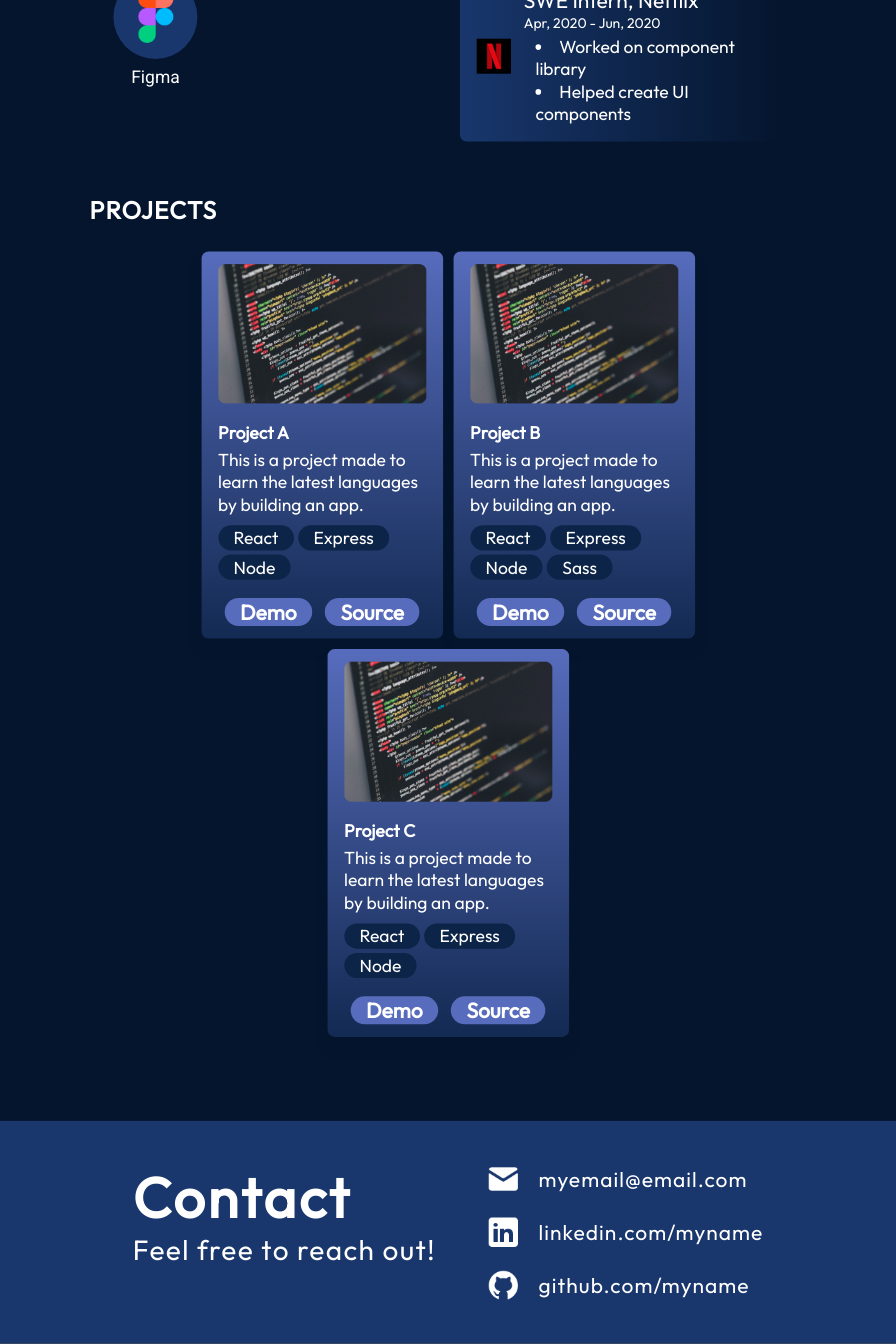
Repository: ARUN-YERRAM/Arun-Yerram-s-Portfolio-Website
Page: /
An editor plug-in stored every save of this project. The page is shown before and after a run of saves, followed by the edit.
The browser window is 1280 px wide. The pictures show the part of the page from y = 2285 to 4205 px (the page is 4205 px tall), at 70% of full size.
The project was rebuilt for these pictures with package versions that can differ from the ones it lists, and the page was loaded fresh each time. Also part of the build but not shown: vite.config.js.

Above is the page before, as saved 2024-03-02 05:51:25.

### src/components/About/About.jsx
import React from "react";

import styles from "./About.module.css";
import { getImageUrl } from "../../utils";

export const About = () => {
  return (
    <section className={styles.container} id="about">
      <h2 className={styles.title}>About</h2>
      <div className={styles.content}>
        <img
          src={getImageUrl("about/aboutImage.png")}
          alt="Me sitting with a laptop"
          className={styles.aboutImage}
        />
        <ul className={styles.aboutItems}>
          <li className={styles.aboutItem}>
            <img src={getImageUrl("about/cursorIcon.png")} alt="Cursor icon" />
            <div className={styles.aboutItemText}>
              <h3>Frontend Developer</h3>
              <p>
                I'm a frontend developer with experience in building responsive
                and optimized sites
              </p>
            </div>
          </li>
          <li className={styles.aboutItem}>
            <img src={getImageUrl("about/serverIcon.png")} alt="Server icon" />
            <div className={styles.aboutItemText}>
              <h3>Backend Developer</h3>
              <p>
                I have experience developing fast and optimised back-end systems
                and APIs
              </p>
            </div>
          </li>
          <li className={styles.aboutItem}>
            <img src={getImageUrl("about/cursorIcon.png")} alt="UI icon" />
            <div className={styles.aboutItemText}>
              <h3>UI Designer</h3>
              <p>
                I have designed multiple landing pages and have created design
                systems as well
              </p>
            </div>
          </li>
        </ul>
      </div>
    </section>
  );
};

### src/components/Contact/Contact.jsx
import React from "react";

import styles from "./Contact.module.css";
import { getImageUrl } from "../../utils";

export const Contact = () => {
  return (
    <footer id="contact" className={styles.container}>
      <div className={styles.text}>
        <h2>Contact</h2>
        <p>Feel free to reach out!</p>
      </div>
      <ul className={styles.links}>
        <li className={styles.link}>
          <img src={getImageUrl("contact/emailIcon.png")} alt="Email icon" />
          <a href="mailto:myemail@email.com">myemail@email.com</a>
        </li>
        <li className={styles.link}>
          <img
            src={getImageUrl("contact/linkedinIcon.png")}
            alt="LinkedIn icon"
          />
          <a href="https://www.linkedin.com/in/arun-yerram-906b1524a/">linkedin.com/myname</a>
        </li>
        <li className={styles.link}>
          <img src={getImageUrl("contact/githubIcon.png")} alt="Github icon" />
          <a href="https://www.github.com/myname">github.com/myname</a>
        </li>
      </ul>
    </footer>
  );
};

### src/components/Experience/Experience.jsx
import React from "react";

import styles from "./Experience.module.css";
import skills from "../../data/skills.json";
import history from "../../data/history.json";
import { getImageUrl } from "../../utils";

export const Experience = () => {
  return (
    <section className={styles.container} id="experience">
      <h2 className={styles.title}>Experience</h2>
      <div className={styles.content}>
        <div className={styles.skills}>
          {skills.map((skill, id) => {
            return (
              <div key={id} className={styles.skill}>
                <div className={styles.skillImageContainer}>
                  <img src={getImageUrl(skill.imageSrc)} alt={skill.title} />
                </div>
                <p>{skill.title}</p>
              </div>
            );
          })}
        </div>
        <ul className={styles.history}>
          {history.map((historyItem, id) => {
            return (
              <li key={id} className={styles.historyItem}>
                <img
                  src={getImageUrl(historyItem.imageSrc)}
                  alt={`${historyItem.organisation} Logo`}
                />
                <div className={styles.historyItemDetails}>
                  <h3>{`${historyItem.role}, ${historyItem.organisation}`}</h3>
                  <p>{`${historyItem.startDate} - ${historyItem.endDate}`}</p>
                  <ul>
                    {historyItem.experiences.map((experience, id) => {
                      return <li key={id}>{experience}</li>;
                    })}
                  </ul>
                </div>
              </li>
            );
          })}
        </ul>
      </div>
    </section>
  );
};

### src/components/Hero/Hero.jsx
import React from "react";

import styles from "./Hero.module.css";
import { getImageUrl } from "../../utils";

export const Hero = () => {
  return (
    <section className={styles.container}>
      <div className={styles.content}>
        <h1 className={styles.title}>Hi, I'm Ada</h1>
        <p className={styles.description}>
          I'm a full-stack developer with 5 years of experience using React and
          NodeJS. Reach out if you'd like to learn more!
        </p>
        <a href="mailto:myemail@email.com" className={styles.contactBtn}>
          Contact Me
        </a>
      </div>
      <img
        src={getImageUrl("hero/heroImage.png")}
        alt="Hero image of me"
        className={styles.heroImg}
      />
      <div className={styles.topBlur} />
      <div className={styles.bottomBlur} />
    </section>
  );
};

### src/components/Navbar/Navbar.jsx
import React, { useState } from "react";

import styles from "./Navbar.module.css";
import { getImageUrl } from "../../utils";

export const Navbar = () => {
  const [menuOpen, setMenuOpen] = useState(false);

  return (
    <nav className={styles.navbar}>
      <a className={styles.title} href="/">
        Portfolio
      </a>
      <div className={styles.menu}>
        <img
          className={styles.menuBtn}
          src={
            menuOpen
              ? getImageUrl("nav/closeIcon.png")
              : getImageUrl("nav/menuIcon.png")
          }
          alt="menu-button"
          onClick={() => setMenuOpen(!menuOpen)}
        />
        <ul
          className={`${styles.menuItems} ${menuOpen && styles.menuOpen}`}
          onClick={() => setMenuOpen(false)}
        >
          <li>
            <a href="#about">About</a>
          </li>
          <li>
            <a href="#experience">Experience</a>
          </li>
          <li>
            <a href="#projects">Projects</a>
          </li>
          <li>
            <a href="#about">Contact</a>
          </li>
        </ul>
      </div>
    </nav>
  );
};

### src/components/About/About.module.css
@import "../../vars.css";

.container {
  position: relative;
  background-color: rgba(12, 12, 12, 0.6);
  border-radius: 15px;
  padding: 73px;
  margin-top: 129px;
  z-index: 1;
  margin-left: 10%;
  margin-right: 10%;
}

.title {
  color: var(--color-text);
  font-size: 35px;
  font-weight: 700;
  letter-spacing: 1.75px;
  text-transform: uppercase;
}

.content {
  display: flex;
  flex-direction: row;
  align-items: center;
}

.aboutImage {
  width: 35%;
}

.aboutItems {
  color: var(--color-text);
  display: flex;
  flex-direction: column;
  gap: 50px;
}

.aboutItem {
  display: flex;
  flex-direction: row;
  align-items: center;
  border-radius: 20px;
  list-style: none;
  padding: 25px;
  background-image: linear-gradient(
    90deg,
    rgba(165, 215, 232, 0.42) 0%,
    rgba(255, 255, 255, 0) 100%
  );
  background-size: 0 100%;
  background-repeat: no-repeat;
  transition: 0.4s;
}

.aboutItem:hover {
  background-size: 100% 100%;
}

.aboutItem h3 {
  font-size: 25px;
  font-weight: 600;
}

.aboutItem p {
  font-size: 25px;
}

@media screen and (max-width: 830px) {
  .container {
    background-color: transparent;
    padding-left: 0;
    padding-right: 0;
  }

  .content {
    flex-direction: column;
  }

  .aboutImage {
    display: none;
  }

  .aboutItems {
    margin-top: 29px;
  }

  .aboutItem {
    padding-left: 0;
    padding-right: 0;
  }
}

### src/components/Contact/Contact.module.css
@import "../../vars.css";

.container {
  color: var(--color-text);
  margin-top: 120px;
  background-color: var(--color-secondary);
  display: flex;
  flex-direction: row;
  justify-content: space-evenly;
  width: 100vw;
  padding: 58px 10%;
  gap: 10px;
}

.text h2 {
  font-size: 80px;
  font-weight: 700;
  letter-spacing: 4px;
}

.text p {
  font-size: 40px;
  font-weight: 400;
  letter-spacing: 2px;
}

.links {
  display: flex;
  flex-direction: column;
  align-items: flex-start;
  list-style: none;
  gap: 26px;
}

.link {
  display: flex;
  align-items: center;
  gap: 25px;
}

.link a {
  color: var(--color-text);
  text-decoration: none;
  font-size: 30px;
  font-weight: 400;
  letter-spacing: 1.5px;
}

@media screen and (max-width: 830px) {
  .container {
    flex-direction: column;
    gap: 23px;
  }

  .text {
    display: flex;
    flex-direction: column;
    align-items: center;
  }

  .links {
    align-items: center;
  }
}

### src/components/Experience/Experience.module.css
@import "../../vars.css";

.container {
  color: var(--color-text);
  margin-top: 79px;
  margin-left: 10%;
  margin-right: 10%;
}

.title {
  color: var(--color-text);
  font-size: 35px;
  font-weight: 700;
  letter-spacing: 1.75px;
  text-transform: uppercase;
}

.content {
  display: flex;
  flex-direction: row;
  justify-content: space-evenly;
  margin-top: 14px;
}

.skills {
  width: 45%;
  display: flex;
  flex-wrap: wrap;
  gap: 37px;
}

.skill {
  display: flex;
  flex-direction: column;
  align-items: center;
  gap: 11px;
}

.skillImageContainer {
  background-color: var(--color-secondary);
  border-radius: 100%;
  display: flex;
  align-items: center;
  justify-content: center;
  width: 120px;
  height: 120px;
}

.skillImageContainer img {
  width: 75px;
}

.skill p {
  font-size: 25px;
  font-family: var(--font-roboto);
  font-weight: 500;
}

.history {
  width: 45%;
  display: flex;
  flex-direction: column;
  gap: 40px;
}

.historyItem {
  display: flex;
  flex-direction: row;
  align-items: center;
  gap: 17px;
  background: #19376d;
  background: linear-gradient(90deg, #19376d 0%, rgba(25, 55, 109, 0) 100%);
  border-radius: 10px;
  padding: 24px;
}

.historyItem img {
  width: 50px;
}

.historyItemDetails {
  font-family: var(--font-roboto);
}

.historyItemDetails h3 {
  font-size: 30px;
  font-weight: 500;
}

.historyItemDetails p {
  font-size: 20px;
  font-weight: 300;
}

.historyItemDetails ul {
  margin-top: 6px;
  list-style-position: inside;
  font-size: 25px;
  list-style-type: disc;
  margin-left: 17px;
}

@media screen and (max-width: 830px) {
  .content {
    flex-direction: column;
    align-items: center;
    gap: 34px;
  }

  .skills {
    width: 100%;
    flex-direction: row;
    justify-content: center;
  }

  .history {
    width: 100%;
    gap: 9px;
  }
}

### src/components/Hero/Hero.module.css
@import "../../vars.css";

.container {
  position: relative;
  display: flex;
  align-items: center;
  justify-content: space-between;
  margin-top: 49px;
  z-index: 1;
  margin-left: 10%;
  margin-right: 10%;
}

.content {
  display: flex;
  flex-direction: column;
  align-items: flex-start;
  color: var(--color-text);
  z-index: 1;
}

.title {
  font-size: 72px;
  font-weight: 900;
  margin-bottom: 33px;
  font-family: var(--font-roboto);
  background: linear-gradient(
    90deg,
    rgba(255, 255, 255, 1) 70%,
    rgba(255, 255, 255, 0) 120%
  );
  -webkit-text-fill-color: transparent;
  -webkit-background-clip: text;
}

.description {
  font-size: 30px;
  font-family: var(--font-roboto);
  margin-bottom: 52px;
}

.contactBtn {
  text-decoration: none;
  background-color: var(--color-primary);
  color: var(--color-text);
  border-radius: 100px;
  font-size: 30px;
  font-weight: 600;
  padding: 17px 26px;
  box-shadow: 0 0 4px 0 rgba(0, 0, 0, 0.25);
}

.heroImg {
  width: 50%;
  z-index: 1;

  animation-name: floating;
  animation-duration: 3s;
  animation-iteration-count: infinite;
  animation-timing-function: ease-in-out;
}

@keyframes floating {
  0% {
    transform: translate(0, 0px);
  }
  50% {
    transform: translate(0, 10px);
  }
  100% {
    transform: translate(0, -0px);
  }
}

.topBlur {
  position: absolute;
  width: 50vw;
  height: 50vw;
  min-width: 350px;
  min-width: 350px;
  top: -128px;
  left: -10vw;
  border-radius: 764px;
  background: rgba(25, 55, 109, 0.7);
  filter: blur(100px);
  z-index: 0;
}

.bottomBlur {
  position: absolute;
  width: 70vw;
  height: 50vw;
  min-width: 350px;
  min-width: 250px;
  top: 246px;
  right: -25vw;
  border-radius: 764px;
  background: rgba(25, 55, 109, 0.7);
  filter: blur(100px);
  z-index: 0;
}

@media screen and (max-width: 830px) {
  .container {
    flex-direction: column-reverse;
  }

  .content {
    align-items: center;
  }
}

### src/components/Navbar/Navbar.module.css
@import "../../vars.css";

.navbar {
  position: relative;
  display: flex;
  align-items: center;
  justify-content: space-between;
  padding-top: 61px;
  z-index: 2;
  margin: 0 10%;
}

.title {
  font-size: 30px;
  font-weight: 600;
  text-decoration: none;
  color: var(--color-text);
}


.menuBtn {
  display: none;
}

.menu {
  display: flex;
}

.menuItems {
  display: flex;
  gap: 47px;
  list-style: none;
}

.menuItems a {
  font-size: 25px;
  color: var(--color-text);
  text-decoration: none;
}

@media screen and (max-width: 830px) {
  .navbar {
    flex-direction: column;
    align-items: flex-start;
  }

  .menu {
    position: absolute;
    right: 0;
    margin-right: 10%;
    flex-direction: column;
    align-items: flex-end;
    gap: 11px;
    z-index: 3;
  }

  .menuBtn {
    display: block;
    cursor: pointer;
  }

  .menuItems {
    display: none;
    flex-direction: column;
    align-items: center;
    gap: 13px;
    border-radius: 10px;
    background: rgb(25, 55, 109);
    background: linear-gradient(
      0deg,
      rgba(25, 55, 109, 0.2) 0%,
      rgba(25, 55, 109, 1) 100%
    );
    padding: 24px 33px;
    box-shadow: 0 0 4px 0 rgba(0, 0, 0, 0.25);
  }

  .menuOpen {
    display: flex;
    z-index: 1;
  }
}

### src/components/Projects/ProjectCard.jsx
import React from "react";

import styles from "./ProjectCard.module.css";
import { getImageUrl } from "../../utils";

export const ProjectCard = ({
  project: { title, imageSrc, description, skills, demo, source },
}) => {
  return (
    <div className={styles.container}>
      <img
        src={getImageUrl(imageSrc)}
        alt={`Image of ${title}`}
        className={styles.image}
      />
      <h3 className={styles.title}>{title}</h3>
      <p className={styles.description}>{description}</p>
      <ul className={styles.skills}>
        {skills.map((skill, id) => {
          return (
            <li key={id} className={styles.skill}>
              {skill}
            </li>
          );
        })}
      </ul>
      <div className={styles.links}>
        <a href={demo} className={styles.link}>
          Demo
        </a>
        <a href={source} className={styles.link}>
          Source
        </a>
      </div>
    </div>
  );
};

### src/components/Projects/ProjectCard.module.css
@import "../../vars.css";

.container {
  display: flex;
  flex-direction: column;
  border-radius: 10px;
  background: linear-gradient(180deg, #576cbc 0%, #132a53 100%);
  box-shadow: 0 16px 14px 0 #04152d;
  padding: 18px 24px;
  max-width: 345px;
}

.image {
  margin-bottom: 26px;
}

.title {
  font-size: 25px;
  font-weight: 700;
}

.description {
  margin-top: 6px;
  font-size: 25px;
  font-weight: 400;
}

.skills {
  width: 100%;
  margin-top: 14px;
  display: flex;
  flex-direction: row;
  flex-wrap: wrap;
  gap: 6px;
  list-style: none;
}

.skill {
  font-size: 25px;
  font-weight: 400;
  border-radius: 100px;
  background: var(--color-dark);
  padding: 2px 22px;
}

.links {
  width: 100%;
  margin-top: 26px;
  display: flex;
  justify-content: space-around;
}

.link {
  text-decoration: none;
  color: var(--color-text);
  font-size: 30px;
  font-weight: 600;
  border-radius: 100px;
  background: var(--color-primary);
  padding: 1px 22px;
}

Loaded but not shown: index.html (common file); src/main.jsx (common file); src/App.jsx (common file); src/index.css (common file); src/App.module.css (common file); src/components/Projects/Projects.jsx (common file); src/vars.css (common file); src/utils.js (common file); src/data/skills.json (common file); src/data/history.json (common file); src/components/Projects/Projects.module.css (common file); src/data/projects.json (common file)

After the next 5 saves:
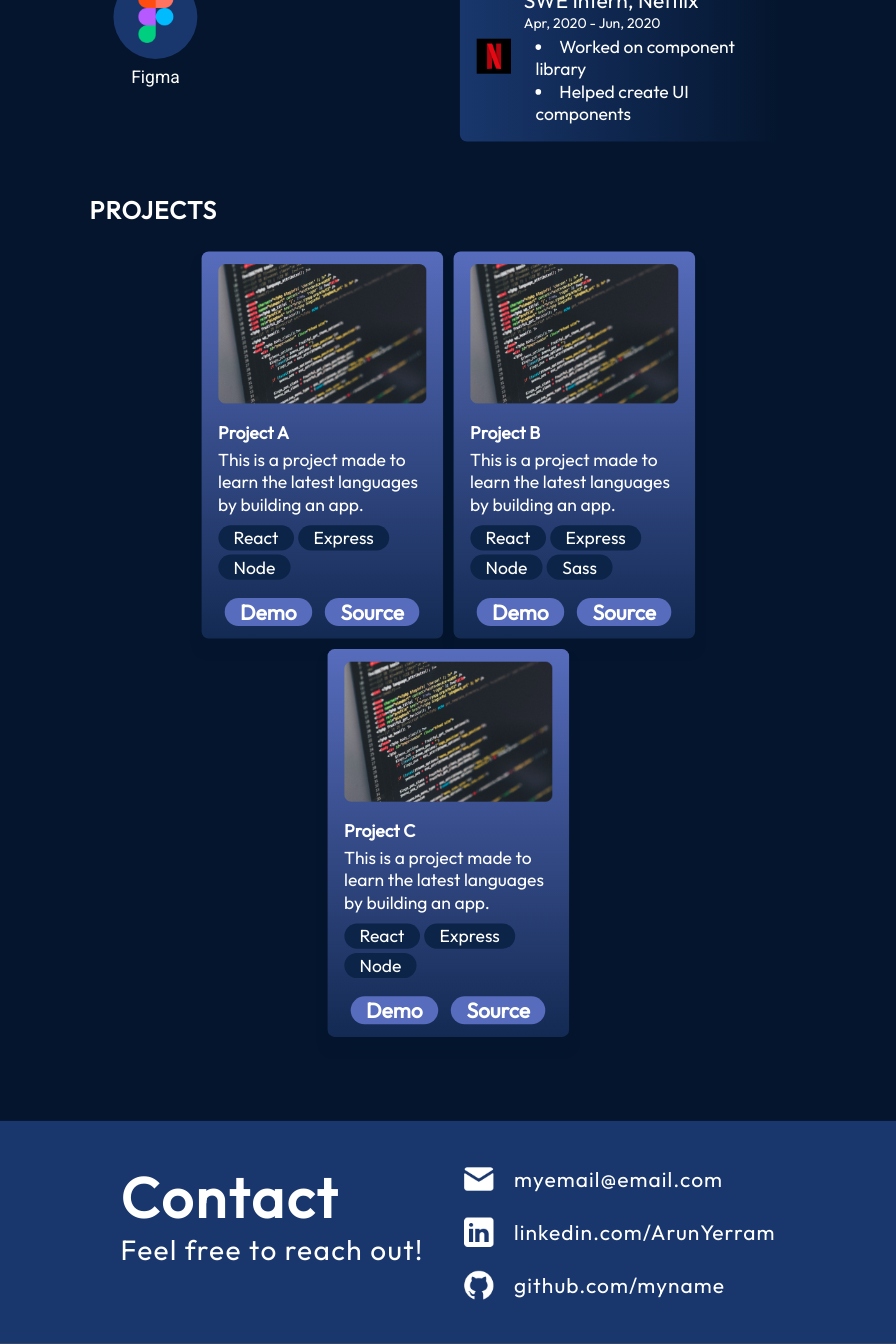
The 5 saves are shown as one change because they came seconds apart.
The last was saved 37 s later.
--- a/src/components/Contact/Contact.jsx
+++ b/src/components/Contact/Contact.jsx
@@ -20,7 +20,7 @@
             src={getImageUrl("contact/linkedinIcon.png")}
             alt="LinkedIn icon"
           />
-          <a href="https://www.linkedin.com/in/arun-yerram-906b1524a/">linkedin.com/myname</a>
+          <a href="https://www.linkedin.com/in/arun-yerram-906b1524a/">linkedin.com/ArunYerram</a>
         </li>
         <li className={styles.link}>
           <img src={getImageUrl("contact/githubIcon.png")} alt="Github icon" />
